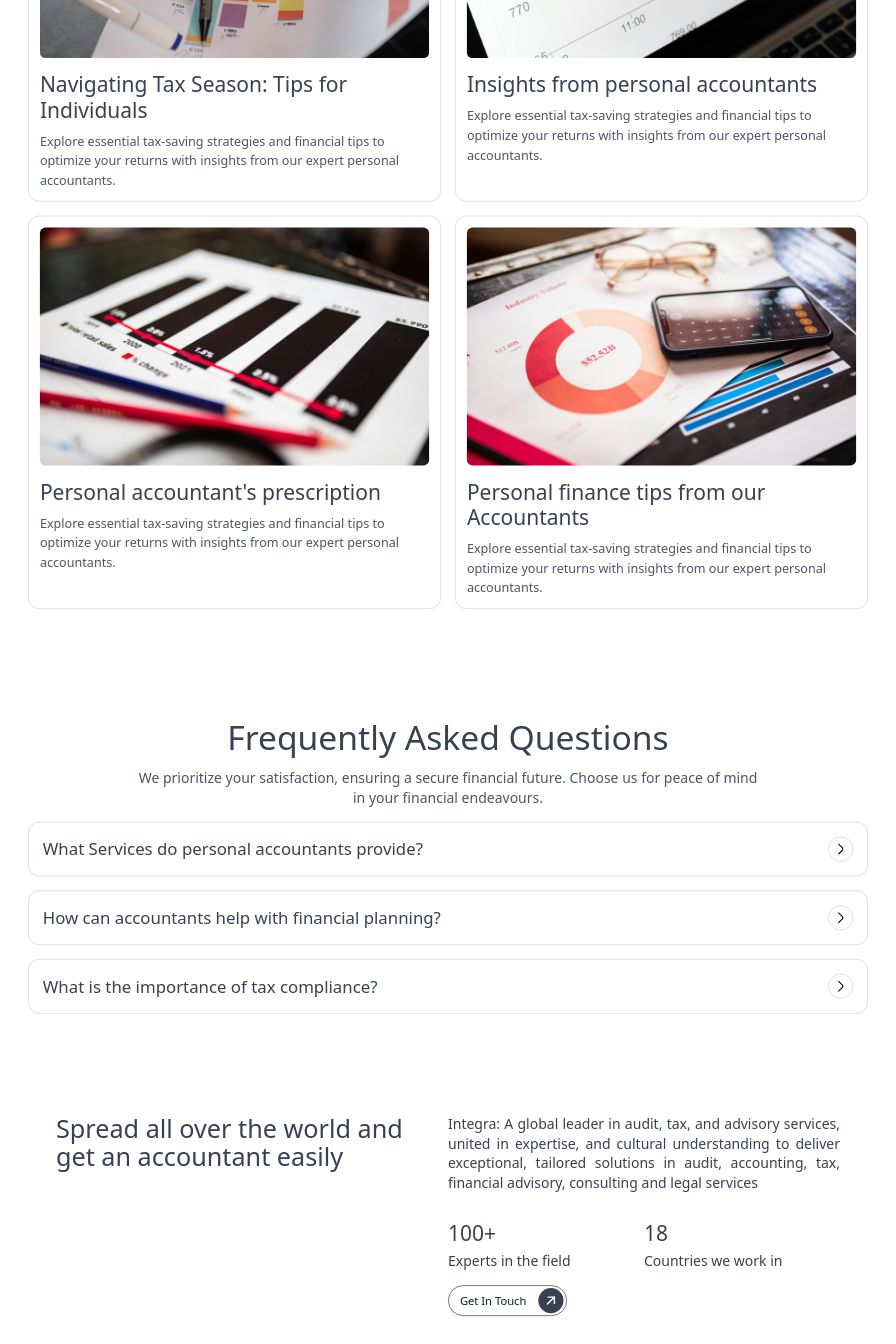
Repository: vespersolutionspk18/integrast-website
Page: /
The author's editor kept a copy of each file at every save. The page is drawn from the files as they stood at one save, then again after the next save.
The browser window is 1280 px wide. The pictures show the part of the page from y = 2360 to 4280 px (the page is 4280 px tall), at 70% of full size.
The project was rebuilt for these pictures with package versions that can differ from the ones it lists, and the page was loaded fresh each time. The framework's server and built-in components were replaced by stand-ins that run in the browser. Also part of the build but not shown: next.config.ts.

Above is the page before, as saved 2024-12-12 14:47:54.

### app/layout.tsx
import type { Metadata } from "next";
import localFont from "next/font/local";
import "./globals.css";

const geistSans = localFont({
  src: "./fonts/GeistVF.woff",
  variable: "--font-geist-sans",
  weight: "100 900",
});
const geistMono = localFont({
  src: "./fonts/GeistMonoVF.woff",
  variable: "--font-geist-mono",
  weight: "100 900",
});

export const metadata: Metadata = {
  title: "Integra Strategy",
  description: "-",
};

export default function RootLayout({
  children,
}: Readonly<{
  children: React.ReactNode;
}>) {
  return (
    <html lang="en">
      <body
        className={`${geistSans.variable} ${geistMono.variable} antialiased`}
      >
        {children}
      </body>
    </html>
  );
}

### app/page.tsx
import Image from "next/image";
import Header from "./Header";
import Hero from "./Hero";
import Services from "./Services";
import Postsart from "./Postsart";
import Faqsection from "./Faqsection";
import GetinTouchSection from "./GetinTouchSection";

export default function Home() {
  return (
    <div>
      <Header />
      <Hero />
      <Services />
      <Postsart />
      <Faqsection />
      <GetinTouchSection />
    </div>
  );
}

### app/Hero.tsx
import React from 'react'
import ButtonArrowwhite from "@/public/assets/buttonarrowwhite.svg";
import ButtonArrow from "@/public/assets/buttonarrow.svg";
const Hero = () => {
  return (
    <div className="flex flex-col p-10 ">
        <div className="flex flex-row mt-24 h-[190px] gap-5 ">
            <div className="w-[55%] flex flex-col">
                <h1 className="font-light font-sans text-6xl text-gray-600">Unlock Prosperity, <span className="text-gray-800">Choose Expert Guidance</span></h1>
                <h4 className="text-xl font-sans font-light text-gray-900 mt-6">Embark on a transformative journey to financial prosperity with our personalized accountancy services</h4>
            </div>
            <div className="w-[45%] flex flex-col justify-between ">
                <h4 className="text-xl text-justify font-light font-sans text-gray-900">Unlock tailored strategies, benefit from insightful guidances, and follow a clear pathway to achieve your financial success. Elevate your financial journey with our dedicated support and expertise. Contact us today to start your journey towards financial freedom.</h4>
                <div className="flex flex-row gap-5 pt-10">
                <div>
                <div id="button"
  className="group  bg-white h-[44px] flex-row border-[1px] border-gray-700 text-gray-900 text-[16px] py-1 px-1 font-light rounded-full hidden md:flex items-center justify-between w-[170px] transition-width duration-500 ease-in-out  hover:w-[195px] hover:bg-gray-700 hover:border-gray-700 hover:text-white hover:cursor-pointer "

>
  <div className="mx-3 font-sans font-regular">Get In Touch</div>
  <div className="bg-gray-700 rounded-full h-[36px] w-[36px] flex items-center justify-center transition-transform duration-500 ease-in-out group-hover:rotate-45">
    <ButtonArrowwhite className="h-[24px] w-[24px]" />
  </div>
            </div>
                </div>
                <div>
                <div id="button"
  className="group  bg-gray-700 h-[44px] flex-row border-[1px] border-gray-700 text-white text-[16px] py-1 px-1 font-light rounded-full hidden md:flex items-center justify-between w-[170px] transition-width duration-500 ease-in-out  hover:w-[195px] hover:bg-white hover:border-gray-700 hover:text-gray-700 hover:cursor-pointer "

>
  <div className="mx-3 font-sans font-regular">Get a Quote</div>
  <div className="bg-white rounded-full h-[36px] w-[36px] flex items-center justify-center transition-transform duration-500 ease-in-out group-hover:rotate-45 group-hover:border-[1px] group-hover:border-gray-700">
    <ButtonArrow className="h-[24px] w-[24px]" />
  </div>
            </div>
                </div>

                </div>
            </div>
        </div>


        <div className="flex flex-row h-[380px] gap-4 mt-16">
            <div className="w-[70%] transition-all duration-500 ease-in-out hover:w-[90%] rounded-2xl bg-cover bg-center" style={{backgroundImage: `url('/assets/heroimage3.jpg')`}}></div>
            <div className="w-[30%] transition-all duration-500 ease-in-out hover:w-[40%] flex flex-col justify-between ">
                <div className="w-full h-full rounded-2xl bg-cover bg-center" style={{backgroundImage: `url('/assets/heroimage4.jpg')`}}></div>
                <h5 className="font-sans text-gray-900 text-justify text-xl mt-3  font-light">Tailored solutions, expert guidance, and strategic planning to secure your wealth and achieve your financial goals seamlessly</h5>
            </div>
        </div>
    </div>
  )
}

export default Hero

### app/Services.tsx
import React from 'react'
import ButtonArrowwhite from "@/public/assets/buttonarrowwhite.svg";
import ButtonArrow from "@/public/assets/buttonarrow.svg";
const Services = () => {
  return (
    <div className="flex flex-col p-10 mt-16 items-center ">
        <div className="flex flex-row items-start justify-start ">
            <div className="w-1/2 font-sans font-light text-5xl text-gray-700">We collaborate across diverse industry landscapes</div>
            <div className="w-1/2 font-sans text-gray-900 text-justify text-xl  font-light">Our commitment to fostering dynamic collaboration allows to navigate the unique challenges and intricacies of various sectors. Our versatile approach ensures tailored solutions that resonate with the distinct needs of each industry.</div>
        </div>
        <div className="flex flex-row gap-5 mt-16">
            <div className="rounded-2xl w-1/3 h-[540px] bg-cover bg-center flex items-end  " style={{backgroundImage: `url('/assets/audit.jpg')`}}>
            <div className="group">
  <div className="bg-white m-4  rounded-[12px] flex flex-col relative transition-all duration-500 ease-in-out hover:pb-[120px] min-h-[180px]">
    <h5 className="ml-5 mt-5 mr-5 mb-5 font-sans text-3xl text-gray-700 font-light">
      Accounting & Finance
    </h5>
    <p className="ml-5 mr-5 mb-5 text-justify font-sans font-light text-xl text-gray-600">
      We are committed to serving the public interest by providing objective assurance over data on which investors rely.
    </p>
    {/* Hidden div */}
    <div className="absolute bottom-5 left-5 text-xl font-sans font-light  text-gray-600 px-4 py-2 rounded-md opacity-0 invisible transition-all duration-500 group-hover:opacity-100 group-hover:visible hover:text-black hover:cursor-pointer  hover:underline">
      Learn More
    </div>
  </div>
</div>

</div>
            <div className="rounded-2xl w-1/3 h-[540px] bg-cover bg-center flex items-end" style={{backgroundImage: `url('/assets/tax.jpg')`}}>
            <div className="group">
  <div className="bg-white m-4  rounded-[12px] flex flex-col relative transition-all duration-500 ease-in-out hover:pb-[120px] min-h-[180px]">
    <h5 className="ml-5 mt-5 mr-5 mb-5 font-sans text-3xl text-gray-700 font-light">
      Tax & Legal
    </h5>
    <p className="ml-5 mr-5 mb-5 text-justify font-sans font-light text-xl text-gray-600">
      We are committed to serving the public interest by providing objective assurance over data on which investors rely.
    </p>
    {/* Hidden div */}
    <div className="absolute bottom-5 left-5 text-xl font-sans font-light  text-gray-600 px-4 py-2 rounded-md opacity-0 invisible transition-all duration-500 group-hover:opacity-100 group-hover:visible hover:text-black hover:cursor-pointer  hover:underline">
      Learn More
    </div>
  </div>
</div>
</div>
            <div className="rounded-2xl w-1/3 h-[540px] bg-cover bg-center flex items-end" style={{backgroundImage: `url('/assets/tech.jpg')`}}>
            <div className="group">
  <div className="bg-white m-4  rounded-[12px] flex flex-col relative transition-all duration-500 ease-in-out hover:pb-[120px] min-h-[180px]">
    <h5 className="ml-5 mt-5 mr-5 mb-5 font-sans text-3xl text-gray-700 font-light">
      Technology & IT
    </h5>
    <p className="ml-5 mr-5 mb-5 text-justify font-sans font-light text-xl text-gray-600">
      We are committed to serving the public interest by providing objective assurance over data on which investors rely.
    </p>
    {/* Hidden div */}
    <div className="absolute bottom-5 left-5 text-xl font-sans font-light  text-gray-600 px-4 py-2 rounded-md opacity-0 invisible transition-all duration-500 group-hover:opacity-100 group-hover:visible hover:text-black hover:cursor-pointer  hover:underline">
      Learn More
    </div>
  </div>
</div>
</div>
        </div>
        <div className="mt-8">
                <div id="button"
  className="group  bg-white h-[44px] flex-row border-[1px] border-gray-700 text-gray-900 text-[16px] py-1 px-1 font-light rounded-full hidden md:flex items-center justify-between w-[190px] transition-width duration-500 ease-in-out hover:cursor-pointer  hover:w-[215px] hover:bg-gray-700 hover:border-gray-700 hover:text-white "

>
  <div className="mx-3 font-sans font-regular">View all Services</div>
  <div className="bg-gray-700 rounded-full h-[36px] w-[36px] flex items-center justify-center transition-transform duration-500 ease-in-out group-hover:rotate-45">
    <ButtonArrowwhite className="h-[24px] w-[24px]" />
  </div>
            </div>
                </div>
    </div>
  )
}

export default Services

### app/Postsart.tsx
import React from 'react'

const Postsart = () => {
  return (
    <div className="w-full flex flex-col p-10 items-center mt-20">
        <h2 className="text-5xl font-sans text-gray-700 font-light">Posts & Articles</h2>
        <p className="font-sans text-xl text-gray-800 font-light text-center mt-5">Stay up-to-date and enahnce your financial literacy with our engaging and informative<br></br>content your key to achieving financial success</p>
        <div className="flex flex-row mt-10 gap-5 w-full">
            <div className="hover:border-black hover:cursor-pointer flex flex-col rounded-2xl w-1/2  border-[1px] p-4 border-gray-300">
            <div className="w-full h-[340px] rounded-[8px] bg-cover bg-center" style={{backgroundImage: `url('/assets/post1.jpg')`}}></div>
            <h5 className="font-sans font-light text-3xl mt-5 text-gray-700">Navigating Tax Season: Tips for Individuals</h5>
            <p className="font-sans font-light text-gray-600 text-lg mt-3">Explore essential tax-saving strategies and financial tips to optimize your returns with insights from our expert personal accountants.</p>
            </div>
            <div className="hover:border-black hover:cursor-pointer flex flex-col rounded-2xl w-1/2  border-[1px] p-4 border-gray-300">
            <div className="w-full h-[340px] rounded-[8px] bg-cover bg-center" style={{backgroundImage: `url('/assets/post2.jpg')`}}></div>
            <h5 className="font-sans font-light text-3xl mt-5 text-gray-700">Insights from personal accountants</h5>
            <p className="font-sans font-light text-gray-600 text-lg mt-3">Explore essential tax-saving strategies and financial tips to optimize your returns with insights from our expert personal accountants.</p>
            </div>
        </div>
        <div className=" flex flex-row mt-5 gap-5 w-full">
            <div className="hover:border-black hover:cursor-pointer flex flex-col rounded-2xl w-1/2  border-[1px] p-4 border-gray-300">
            <div className="w-full h-[340px] rounded-[8px] bg-cover bg-center" style={{backgroundImage: `url('/assets/post3.jpg')`}}></div>
            <h5 className="font-sans font-light text-3xl mt-5 text-gray-700">Personal accountant's prescription</h5>
            <p className="font-sans font-light text-gray-600 text-lg mt-3">Explore essential tax-saving strategies and financial tips to optimize your returns with insights from our expert personal accountants.</p>
            </div>
            <div className="hover:border-black hover:cursor-pointer flex flex-col rounded-2xl w-1/2  border-[1px] p-4 border-gray-300">
            <div className="w-full h-[340px] rounded-[8px] bg-cover bg-center" style={{backgroundImage: `url('/assets/post4.jpg')`}}></div>
            <h5 className="font-sans font-light text-3xl mt-5 text-gray-700">Personal finance tips from our Accountants</h5>
            <p className="font-sans font-light text-gray-600 text-lg mt-3">Explore essential tax-saving strategies and financial tips to optimize your returns with insights from our expert personal accountants.</p>
            </div>
        </div>
    </div>
  )
}

export default Postsart

### app/Faqsection.tsx
"use client";
import React, { useState } from "react";
import ButtonRight from "@/public/assets/right.svg";
import ButtonArrowwhite from "@/public/assets/buttonarrowwhite.svg";
import ButtonArrow from "@/public/assets/buttonarrow.svg";

const Faqsection = () => {
  // Array of FAQs
  const faqs = [
    {
      question: "What Services do personal accountants provide?",
      answer:
        "Personal accountants provide a variety of services, including tax preparation, financial planning, and investment advice. They also help manage budgets, track expenses, and ensure compliance with financial regulations.",
    },
    {
      question: "How can accountants help with financial planning?",
      answer:
        "Accountants assist in creating budgets, managing investments, and developing long-term financial strategies tailored to individual needs.",
    },
    {
      question: "What is the importance of tax compliance?",
      answer:
        "Tax compliance ensures that individuals and businesses meet their legal obligations, avoiding penalties and fostering financial stability.",
    },
  ];

  // State to track which FAQ is expanded
  const [expandedIndex, setExpandedIndex] = useState(null);

  // Toggle function
  const toggleSection = (index) => {
    setExpandedIndex((prevIndex) => (prevIndex === index ? null : index));
  };

  return (
    <div className="flex flex-col p-10 items-center mt-20">
      <h2 className="font-sans font-light text-5xl text-gray-700">
        Frequently Asked Questions
      </h2>
      <p className="font-sans mt-5 font-light text-xl text-gray-600 text-center">
        We prioritize your satisfaction, ensuring a secure financial future.
        Choose us for peace of mind
        <br />
        in your financial endeavours.
      </p>
      <div className="w-full flex flex-col gap-5 mt-5">
        {faqs.map((faq, index) => (
          <div
            key={index}
            className={`border-[1px] ${
              expandedIndex === index ? "border-gray-500" : "border-gray-300"
            } rounded-2xl p-5 flex flex-col transition-all duration-500`}
          >
            <div
              onClick={() => toggleSection(index)}
              className="flex flex-row justify-between items-center cursor-pointer"
            >
              <h5 className="font-sans font-light text-2xl text-gray-700">
                {faq.question}
              </h5>
              <div
                className={`bg-white border-[1px] border-gray-300 rounded-full h-[36px] w-[36px] flex items-center justify-center transition-transform duration-500 ease-in-out ${
                  expandedIndex === index ? "rotate-90" : "rotate-0, "
                }`}
              >
                <ButtonRight className="h-[24px] w-[24px]" />
              </div>
            </div>
            {/* Expandable content */}
            <div
              className={`overflow-hidden transition-all duration-500 ease-in-out ${
                expandedIndex === index ? "max-h-[200px] mt-5" : "max-h-0"
              }`}
            >
              <p className="text-gray-600 font-sans font-light text-lg">{faq.answer}</p>
            </div>
          </div>
        ))}
      </div>
    </div>
  );
};

export default Faqsection;

### app/GetinTouchSection.tsx
import React from 'react'
import ButtonArrowwhite from "@/public/assets/buttonarrowwhite.svg";
import ButtonArrow from "@/public/assets/buttonarrow.svg";

const GetinTouchSection = () => {
  return (
    <div className="mt-16">
        <div className="flex flex-row p-10 ">
        <div className="ml-10 w-1/2 font-sans font-light text-gray-700 text-4xl">
        <b>Spread all over the world</b> and get an accountant easily
        </div>
        <div className="mr-10 w-1/2 flex flex-col">
        <p className="font-light text-xl text-gray-700 font-sans text-justify">
            Integra: A global leader in audit, tax, and advisory services, united in expertise, and cultural understanding to deliver exceptional, tailored solutions in audit, accounting, tax, financial advisory, consulting and legal services
        </p>
        <div className="flex flex-row justify-between mt-10">
        <div className="w-1/2 flex flex-col gap-2">
        <h5 className="font-sans font-light text-3xl text-gray-700">100+</h5>
        <p className="font-sans font-light text-xl text-gray-700 mb-3">Experts in the field</p>
        <div id="button"
  className="group  bg-white h-[44px] flex-row border-[1px] border-gray-700 text-gray-900 text-[16px] py-1 px-1 font-light rounded-full hidden md:flex items-center justify-between w-[170px] transition-width duration-500 ease-in-out  hover:w-[195px] hover:bg-gray-700 hover:border-gray-700 hover:text-white hover:cursor-pointer "

>
  <div className="mx-3 font-sans font-regular">Get In Touch</div>
  <div className="bg-gray-700 rounded-full h-[36px] w-[36px] flex items-center justify-center transition-transform duration-500 ease-in-out group-hover:rotate-45">
    <ButtonArrowwhite className="h-[24px] w-[24px]" />
  </div>
            </div>
        </div>
        <div className="w-1/2 flex flex-col gap-2">
        <h5 className="font-sans font-light text-3xl text-gray-700">18</h5>
        <p className="font-sans font-light text-xl text-gray-700">Countries we work in </p>
        </div>
        </div>

        </div>
    </div>
    </div>
  )
}

export default GetinTouchSection

Loaded but not shown: app/globals.css (common file); app/Header.tsx (common file); tailwind.config.ts (common file)

After the next save:
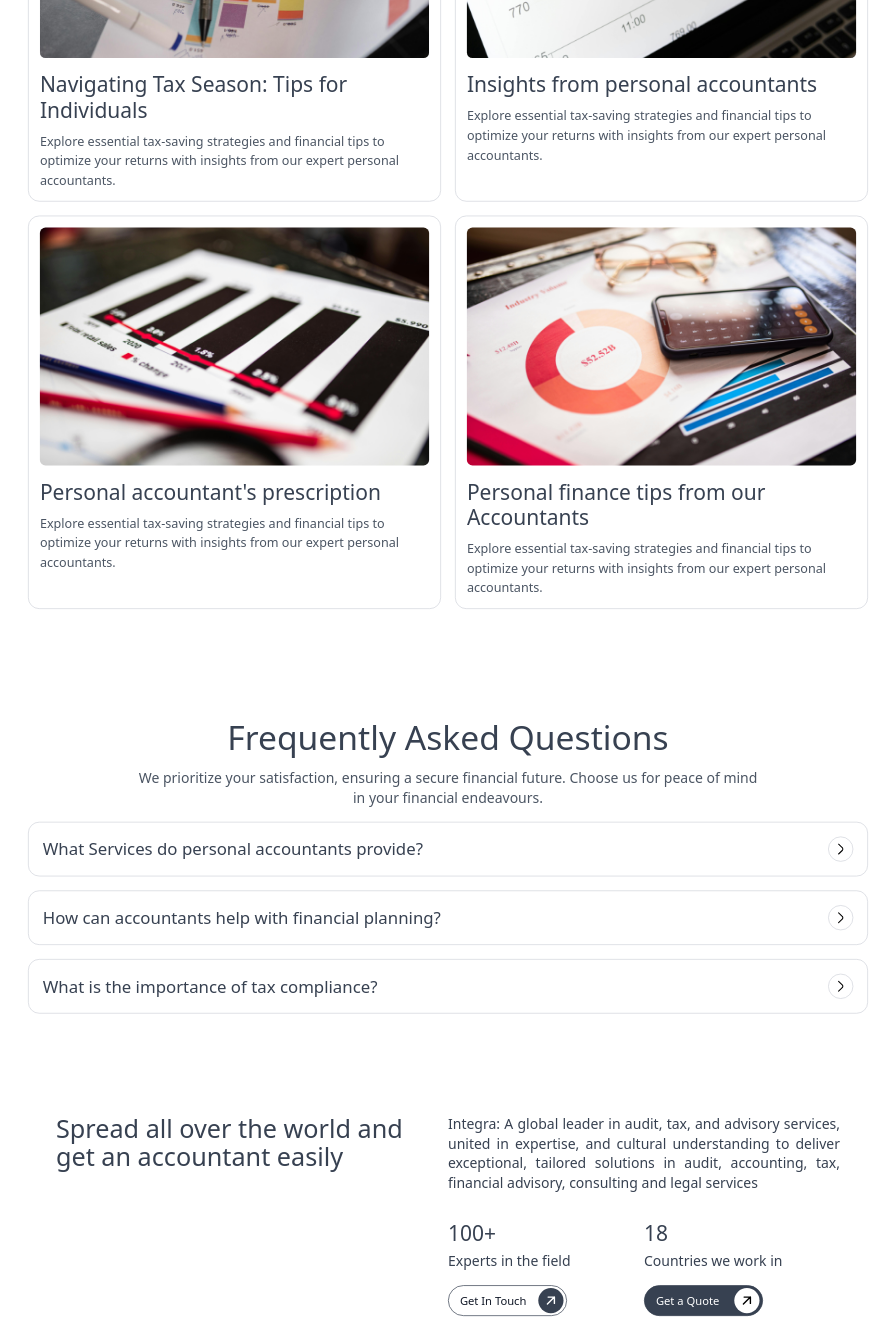
Saved 36 s later.
--- a/app/GetinTouchSection.tsx
+++ b/app/GetinTouchSection.tsx
@@ -29,7 +29,16 @@ const GetinTouchSection = () => {
         </div>
         <div className="w-1/2 flex flex-col gap-2">
         <h5 className="font-sans font-light text-3xl text-gray-700">18</h5>
-        <p className="font-sans font-light text-xl text-gray-700">Countries we work in </p>
+        <p className="font-sans font-light text-xl text-gray-700 mb-3">Countries we work in </p>
+        <div id="button"
+  className="group  bg-gray-700 h-[44px] flex-row border-[1px] border-gray-700 text-white text-[16px] py-1 px-1 font-light rounded-full hidden md:flex items-center justify-between w-[170px] transition-width duration-500 ease-in-out  hover:w-[195px] hover:bg-white hover:border-gray-700 hover:text-gray-700 hover:cursor-pointer "
+
+>
+  <div className="mx-3 font-sans font-regular">Get a Quote</div>
+  <div className="bg-white rounded-full h-[36px] w-[36px] flex items-center justify-center transition-transform duration-500 ease-in-out group-hover:rotate-45 group-hover:border-[1px] group-hover:border-gray-700">
+    <ButtonArrow className="h-[24px] w-[24px]" />
+  </div>
+            </div>
         </div>
         </div>
 
